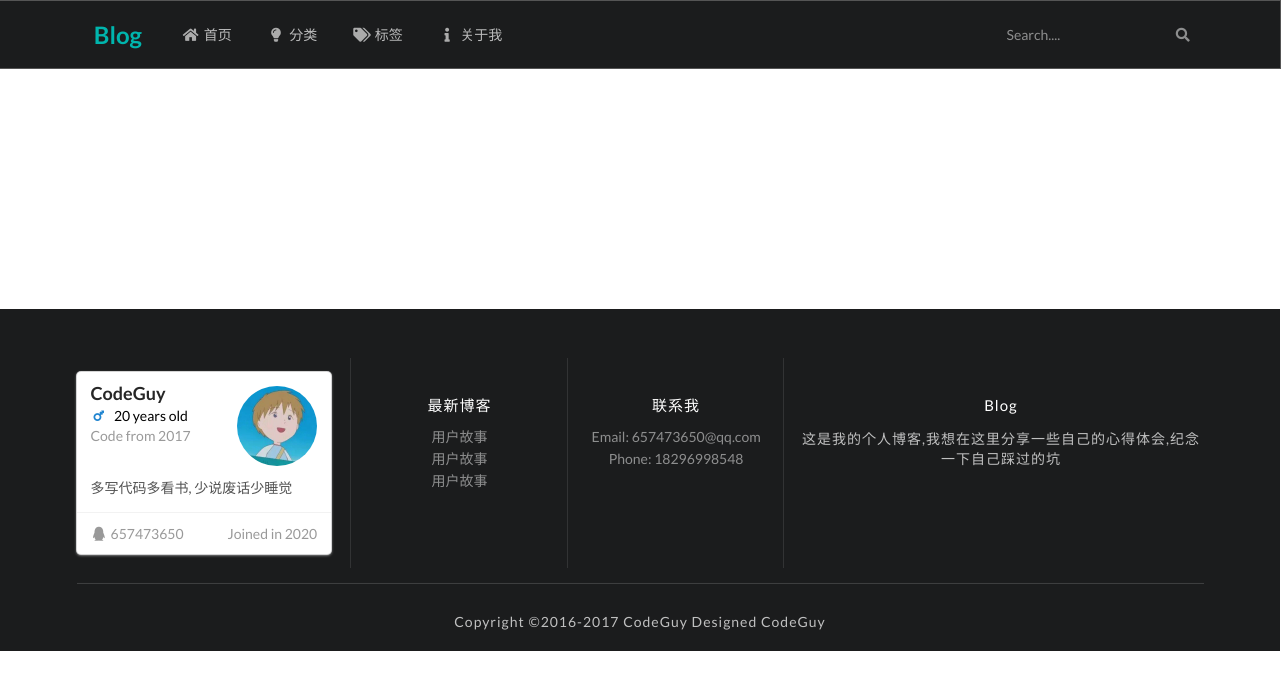
Repository: GOGOHQ/myblog
Page: index.html
An editor plug-in stored every save of this project. The page is shown before and after the next save, followed by the edit.
The browser window is 1280 px wide. The page is 1281 px wide, so the pictures cover 1281 px, including what lies to the right of the window. The pictures show the whole page.
Some web libraries are served in a nearby version.

Above is the page before, as saved 2020-01-16 16:14:35.

After the next save:
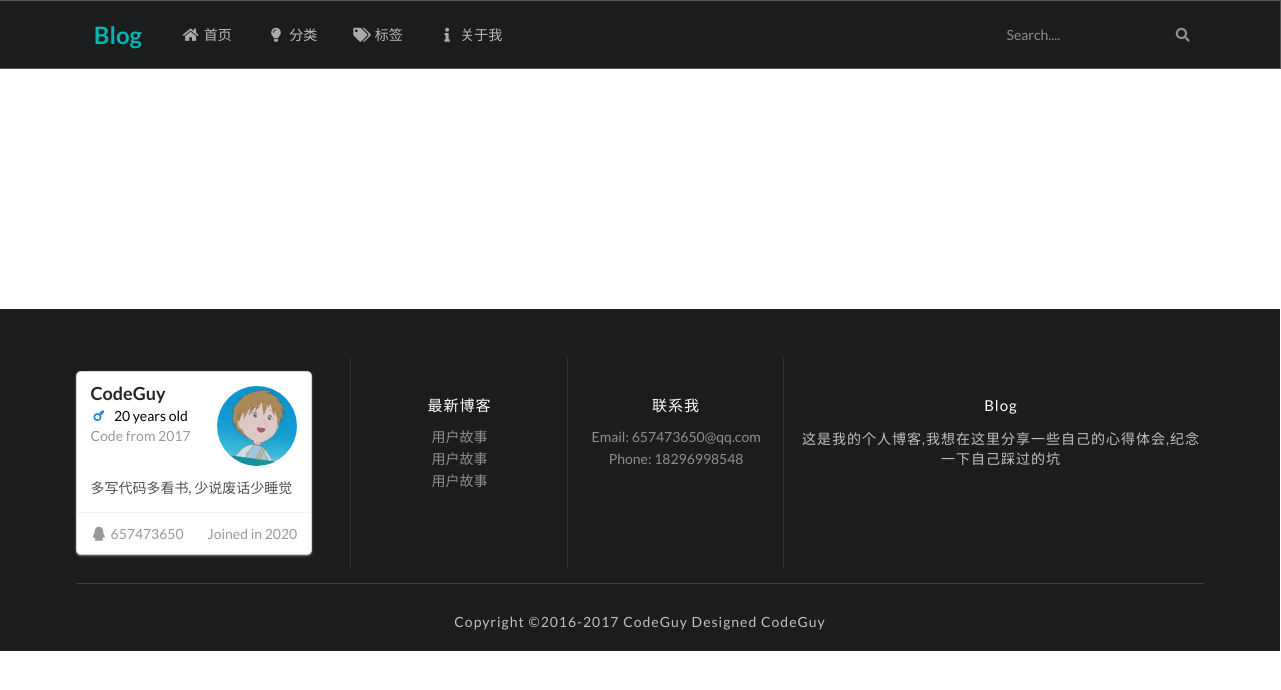
Saved 6 s later.
--- a/index.html
+++ b/index.html
@@ -38,7 +38,7 @@
 <footer class="ui inverted vertical segment m-padded-tb-massive">
     <div class="ui center aligned container" style="height:230px">
         <div class="ui inverted divided grid">
-            <div class="four wide column left aligned" style="padding-right: 20px;">
+            <div class="four wide column left aligned" style="padding-right: 40px;">
                 <div class="ui card">
                     <div class="content">
                         <img class="right circular floated tiny ui image" src="static/images/avatar.jpg">
